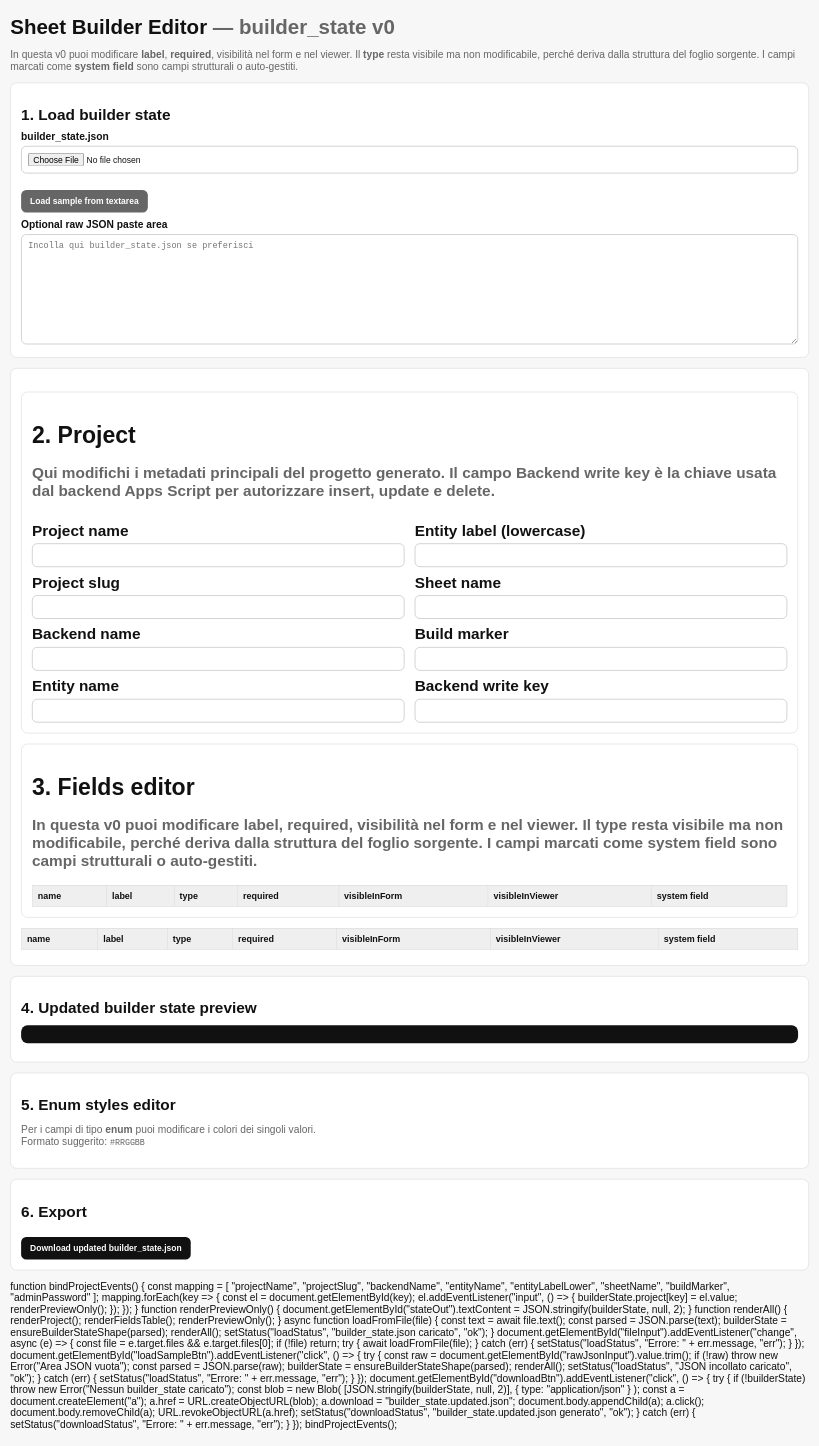
Repository: progettazionemauro/sheets.builder
Page: docs/builder.html
An editor plug-in stored every save of this project. The page is shown before and after the next save, followed by the edit.
The browser window is 1280 px wide. The pictures show the whole page, at 64% of full size.

Above is the page before, as saved 2026-04-14 05:00:13.

### docs/builder.html
<!doctype html>
<html lang="it">
<head>
  <meta charset="utf-8" />
  <meta name="viewport" content="width=device-width, initial-scale=1" />
  <title>Sheet Builder Editor</title>
  <style>
    body {
      font-family: Arial, sans-serif;
      max-width: 1280px;
      margin: 24px auto;
      padding: 0 16px;
      background: #f7f7f7;
      color: #111;
    }

    #enumStylesWrap .card {
      box-shadow: none;
    }

    h1, h2, h3 {
      margin-bottom: 8px;
    }

    .muted {
      color: #666;
    }

    .card {
      background: #fff;
      border: 1px solid #ddd;
      border-radius: 10px;
      padding: 16px;
      margin: 16px 0;
    }

    label {
      display: block;
      margin: 10px 0 6px;
      font-weight: bold;
    }

    input, textarea, select {
      width: 100%;
      box-sizing: border-box;
      padding: 10px;
      border: 1px solid #bbb;
      border-radius: 8px;
      background: #fff;
    }

    button {
      margin-top: 14px;
      padding: 10px 14px;
      border: 0;
      border-radius: 8px;
      background: #111;
      color: #fff;
      font-weight: bold;
      cursor: pointer;
    }

    button.secondary {
      background: #666;
    }

    button:disabled {
      opacity: .6;
      cursor: not-allowed;
    }

    .grid {
      display: grid;
      grid-template-columns: 1fr 1fr;
      gap: 16px;
    }

    .actions {
      display: flex;
      gap: 10px;
      flex-wrap: wrap;
      margin-top: 12px;
      align-items: center;
    }

    pre {
      background: #111;
      color: #d8ffd8;
      padding: 14px;
      border-radius: 10px;
      overflow: auto;
      white-space: pre-wrap;
    }

    table {
      width: 100%;
      border-collapse: collapse;
      margin-top: 10px;
      background: #fff;
    }

    th, td {
      border: 1px solid #ddd;
      padding: 8px;
      font-size: 14px;
      text-align: left;
      vertical-align: top;
    }

    th {
      background: #efefef;
    }

    .readonly-cell {
      background: #f3f3f3;
      color: #666;
    }

    .tiny {
      font-size: 12px;
      color: #666;
      line-height: 1.4;
    }

    .ok {
      color: #0a6;
      font-weight: bold;
    }

    .err {
      color: #b00;
      font-weight: bold;
    }
  </style>
</head>
<body>

  <h1>Sheet Builder Editor <span class="muted">— builder_state v0</span></h1>
  <p class="muted">
  In questa v0 puoi modificare <b>label</b>, <b>required</b>, visibilità nel form e nel viewer.
  Il <b>type</b> resta visibile ma non modificabile, perché deriva dalla struttura del foglio sorgente.
  I campi marcati come <b>system field</b> sono campi strutturali o auto-gestiti.
</p>

  <div class="card">
    <h2>1. Load builder state</h2>

    <label for="fileInput">builder_state.json</label>
    <input id="fileInput" type="file" accept=".json,application/json" />

    <div class="actions">
      <button id="loadSampleBtn" type="button" class="secondary">Load sample from textarea</button>
      <span id="loadStatus" class="muted"></span>
    </div>

    <label for="rawJsonInput">Optional raw JSON paste area</label>
    <textarea id="rawJsonInput" rows="10" placeholder='Incolla qui builder_state.json se preferisci'></textarea>
  </div>

    <div class="card">
    <h2>
      <div class="card">

  <h2>2. Project</h2>
  <p class="muted">
    Qui modifichi i metadati principali del progetto generato. Il campo <b>Backend write key</b>
    è la chiave usata dal backend Apps Script per autorizzare insert, update e delete.
  </p>

  <div class="grid">
    <div>
      <label for="projectName">Project name</label>
      <input id="projectName" />

      <label for="projectSlug">Project slug</label>
      <input id="projectSlug" />

      <label for="backendName">Backend name</label>
      <input id="backendName" />

      <label for="entityName">Entity name</label>
      <input id="entityName" />
    </div>

    <div>
      <label for="entityLabelLower">Entity label (lowercase)</label>
      <input id="entityLabelLower" />

      <label for="sheetName">Sheet name</label>
      <input id="sheetName" />

      <label for="buildMarker">Build marker</label>
      <input id="buildMarker" />

      <label for="adminPassword">Backend write key</label>
      <input id="adminPassword" />
    </div>
  </div>
</div>

  <div class="card">
  <h2>3. Fields editor</h2>
  <p class="muted">
    In questa v0 puoi modificare <b>label</b>, <b>required</b>, visibilità nel form e nel viewer.
    Il <b>type</b> resta visibile ma non modificabile, perché deriva dalla struttura del foglio sorgente.
    I campi marcati come <b>system field</b> sono campi strutturali o auto-gestiti.
  </p>

  <table id="fieldsTable">
    <thead>
      <tr>
        <th>name</th>
        <th>label</th>
        <th>type</th>
        <th>required</th>
        <th>visibleInForm</th>
        <th>visibleInViewer</th>
        <th>system field</th>
      </tr>
    </thead>
    <tbody></tbody>
  </table>
</div>

        <table id="fieldsTable">
      <thead>
        <tr>
          <th>name</th>
          <th>label</th>
          <th>type</th>
          <th>required</th>
          <th>visibleInForm</th>
          <th>visibleInViewer</th>
          <th>system field</th>
        </tr>
      </thead>
      <tbody></tbody>
    </table>
  </div>

  <div class="card">
    <h2>4. Updated builder state preview</h2>
    <pre id="stateOut"></pre>
  </div>

    <div class="card">
    <h2>5. Enum styles editor</h2>
    <p class="muted">
      Per i campi di tipo <b>enum</b> puoi modificare i colori dei singoli valori.
      <br>Formato suggerito: <code>#RRGGBB</code>
    </p>

    <div id="enumStylesWrap"></div>
  </div>

  <div class="card">
    <h2>6. Export</h2>
    <div class="actions">
      <button id="downloadBtn" type="button">Download updated builder_state.json</button>
      <span id="downloadStatus" class="muted"></span>
    </div>
  </div>



<script>
  let builderState = null;

  function setStatus(id, msg, cls = "muted") {
    const el = document.getElementById(id);
    el.textContent = msg;
    el.className = cls;
  }

  function normalizeBool(value) {
    return value === true;
  }

  function escapeHtml(value) {
    return String(value ?? "")
      .replace(/&/g, "&amp;")
      .replace(/</g, "&lt;")
      .replace(/>/g, "&gt;")
      .replace(/"/g, "&quot;");
  }

  function ensureBuilderStateShape(state) {
    if (!state || typeof state !== "object") {
      throw new Error("JSON non valido: root non oggetto");
    }

    if (!state.project || typeof state.project !== "object") {
      state.project = {};
    }

    if (!Array.isArray(state.fields)) {
      state.fields = [];
    }

    if (!state.constraints || typeof state.constraints !== "object") {
      state.constraints = {};
    }

    if (!state.enums || typeof state.enums !== "object") {
      state.enums = {};
    }

    if (!state.enumStyles || typeof state.enumStyles !== "object") {
      state.enumStyles = {};
    }

    if (!state.lists || typeof state.lists !== "object") {
      state.lists = {};
    }

    if (!state.options || typeof state.options !== "object") {
      state.options = {};
    }

    state.fields = state.fields.map(field => {
      const f = { ...field };
      f.name = String(f.name || "").trim();
      f.label = String(f.label || f.name || "").trim();
      f.type = String(f.type || "string").trim();
      f.required = normalizeBool(f.required);
      f.computed = normalizeBool(f.computed);
      f.visibleInForm = normalizeBool(f.visibleInForm);
      f.visibleInViewer = normalizeBool(f.visibleInViewer);
      f.locked = normalizeBool(f.locked);
      if (!Array.isArray(f.enumValues)) f.enumValues = [];
      return f;
    });

    recomputeListsFromFields(state);
    return state;
  }

  function recomputeListsFromFields(state) {
    const headers = [];
    const requiredOnInsert = [];
    const optionalOnInsert = [];
    const computed = [];
    const visibleInForm = [];
    const visibleInViewer = [];
    const enums = {};
    const enumStyles = state.enumStyles || {};

    for (const field of state.fields) {
      headers.push(field.name);

      if (field.computed) {
        computed.push(field.name);
      } else if (field.required) {
        requiredOnInsert.push(field.name);
      } else {
        optionalOnInsert.push(field.name);
      }

      if (field.visibleInForm) {
        visibleInForm.push(field.name);
      }

      if (field.visibleInViewer) {
        visibleInViewer.push(field.name);
      }

      if (field.type === "enum" && Array.isArray(field.enumValues) && field.enumValues.length) {
        enums[field.name] = field.enumValues.slice();
      }

            if (field.type === "enum") {
        if (!enumStyles[field.name]) {
          enumStyles[field.name] = {};
        }
        field.enumStyles = enumStyles[field.name];
      }
    }

    state.enums = enums;
    state.lists = {
      headers,
      requiredOnInsert,
      optionalOnInsert,
      computed,
      visibleInForm,
      visibleInViewer
    };
  }

  function renderProject() {
    const p = builderState.project || {};
    document.getElementById("projectName").value = p.projectName || "";
    document.getElementById("projectSlug").value = p.projectSlug || "";
    document.getElementById("backendName").value = p.backendName || "";
    document.getElementById("entityName").value = p.entityName || "";
    document.getElementById("entityLabelLower").value = p.entityLabelLower || "";
    document.getElementById("sheetName").value = p.sheetName || "";
    document.getElementById("buildMarker").value = p.buildMarker || "";
    document.getElementById("adminPassword").value = p.adminPassword || "";
  }

  function renderFieldsTable() {
    const tbody = document.querySelector("#fieldsTable tbody");
    tbody.innerHTML = "";

    builderState.fields.forEach((field, idx) => {
      const tr = document.createElement("tr");

      tr.innerHTML = `
        <td class="${field.locked ? "readonly-cell" : ""}">
          <input data-key="name" data-index="${idx}" value="${escapeHtml(field.name)}" ${field.locked ? "readonly" : ""} />
        </td>
        <td>
          <input data-key="label" data-index="${idx}" value="${escapeHtml(field.label || "")}" />
        </td>
        <td class="readonly-cell">
          <input data-key="type" data-index="${idx}" value="${escapeHtml(field.type)}" readonly />
        </td>
        <td>
          <select data-key="required" data-index="${idx}" ${field.computed ? "disabled" : ""}>
            <option value="false" ${field.required ? "" : "selected"}>NO</option>
            <option value="true" ${field.required ? "selected" : ""}>YES</option>
          </select>
        </td>
        <td>
          <select data-key="visibleInForm" data-index="${idx}" ${field.computed ? "disabled" : ""}>
            <option value="false" ${field.visibleInForm ? "" : "selected"}>NO</option>
            <option value="true" ${field.visibleInForm ? "selected" : ""}>YES</option>
          </select>
        </td>
        <td>
          <select data-key="visibleInViewer" data-index="${idx}">
            <option value="false" ${field.visibleInViewer ? "" : "selected"}>NO</option>
            <option value="true" ${field.visibleInViewer ? "selected" : ""}>YES</option>
          </select>
        </td>
        <td class="readonly-cell">${field.locked ? "YES" : "NO"}</td>
      `;

      tbody.appendChild(tr);
    });

    bindFieldEvents();
  }

    function ensureEnumStylesShape() {
    if (!builderState.enumStyles || typeof builderState.enumStyles !== "object") {
      builderState.enumStyles = {};
    }

    builderState.fields.forEach(field => {
      if (field.type !== "enum") return;

      if (!builderState.enumStyles[field.name] || typeof builderState.enumStyles[field.name] !== "object") {
        builderState.enumStyles[field.name] = {};
      }

      (field.enumValues || []).forEach(value => {
        if (!builderState.enumStyles[field.name][value]) {
          builderState.enumStyles[field.name][value] = { bg: "", fg: "" };
        } else {
          const styleObj = builderState.enumStyles[field.name][value];
          builderState.enumStyles[field.name][value] = {
            bg: String(styleObj.bg || ""),
            fg: String(styleObj.fg || "")
          };
        }
      });
    });
  }

  function renderEnumStylesEditor() {
    const wrap = document.getElementById("enumStylesWrap");
    wrap.innerHTML = "";

    ensureEnumStylesShape();

    const enumFields = builderState.fields.filter(field => field.type === "enum");

    if (!enumFields.length) {
      wrap.innerHTML = `<div class="muted">Nessun campo enum presente nel builder state.</div>`;
      return;
    }

    enumFields.forEach(field => {
      const box = document.createElement("div");
      box.className = "card";
      box.style.margin = "12px 0";
      box.style.padding = "12px";

      let html = `<h3 style="margin:0 0 10px;">${escapeHtml(field.label || field.name)} <span class="muted">(${escapeHtml(field.name)})</span></h3>`;
      html += `<table><thead><tr><th>value</th><th>background</th><th>foreground</th><th>preview</th></tr></thead><tbody>`;

      (field.enumValues || []).forEach((value, idx) => {
        const styleObj = builderState.enumStyles[field.name][value] || { bg: "", fg: "" };
        const previewStyle = [
          styleObj.bg ? `background:${styleObj.bg}` : "",
          styleObj.fg ? `color:${styleObj.fg}` : "",
          "font-weight:700",
          "text-align:center"
        ].filter(Boolean).join("; ");

        html += `
          <tr>
            <td class="readonly-cell">${escapeHtml(value)}</td>
            <td>
              <input
                data-enum-field="${escapeHtml(field.name)}"
                data-enum-value="${escapeHtml(value)}"
                data-enum-prop="bg"
                value="${escapeHtml(styleObj.bg || "")}"
                placeholder="#ffffff"
              />
            </td>
            <td>
              <input
                data-enum-field="${escapeHtml(field.name)}"
                data-enum-value="${escapeHtml(value)}"
                data-enum-prop="fg"
                value="${escapeHtml(styleObj.fg || "")}"
                placeholder="#000000"
              />
            </td>
            <td>
              <div style="padding:8px; border-radius:8px; border:1px solid #ddd; ${previewStyle}">
                ${escapeHtml(value)}
              </div>
            </td>
          </tr>
        `;
      });

      html += `</tbody></table>`;
      box.innerHTML = html;
      wrap.appendChild(box);
    });

    bindEnumStyleEvents();
  }

  function bindEnumStyleEvents() {
    document.querySelectorAll("[data-enum-field]").forEach(el => {
      el.addEventListener("input", () => {
        const fieldName = el.dataset.enumField;
        const valueName = el.dataset.enumValue;
        const prop = el.dataset.enumProp;

        if (!builderState.enumStyles[fieldName]) {
          builderState.enumStyles[fieldName] = {};
        }

        if (!builderState.enumStyles[fieldName][valueName]) {
          builderState.enumStyles[fieldName][valueName] = { bg: "", fg: "" };
        }

        builderState.enumStyles[fieldName][valueName][prop] = el.value.trim();

        renderPreviewOnly();
        renderEnumStylesEditor();
      });
    });
  }

  function bindFieldEvents() {
    document.querySelectorAll("[data-key]").forEach(el => {
      const key = el.dataset.key;
      const idx = Number(el.dataset.index);
      const field = builderState.fields[idx];

      if (key === "type") {
        return;
      }

      if (el.tagName === "INPUT") {
        el.addEventListener("input", () => {
          field[key] = el.value;
          recomputeListsFromFields(builderState);
          renderPreviewOnly();
        });
        return;
      }

      if (el.tagName === "SELECT") {
        el.addEventListener("change", () => {
          field[key] = el.value === "true";

          if (key === "required" && field.computed) {
            field.required = false;
          }

          if (key === "visibleInForm" && field.computed) {
            field.visibleInForm = false;
          }

          recomputeListsFromFields(builderState);
          renderPreviewOnly();
        });
      }
    });
  }

  function bindProjectEvents() {
    const mapping = [
      "projectName",
      "projectSlug",
      "backendName",
      "entityName",
      "entityLabelLower",
      "sheetName",
      "buildMarker",
      "adminPassword"
    ];

    mapping.forEach(key => {
      const el = document.getElementById(key);
      el.addEventListener("input", () => {
        if (!builderState) return;
        builderState.project[key] = el.value;
        renderPreviewOnly();
      });
    });
  }

  function renderPreviewOnly() {
    document.getElementById("stateOut").textContent =
      JSON.stringify(builderState, null, 2);
  }

    function renderAll() {
    renderProject();
    renderFieldsTable();
    renderEnumStylesEditor();
    renderPreviewOnly();
  }

  async function loadFromFile(file) {
    const text = await file.text();
    const parsed = JSON.parse(text);
    builderState = ensureBuilderStateShape(parsed);
    renderAll();
    setStatus("loadStatus", "builder_state.json caricato", "ok");
  }

  document.getElementById("fileInput").addEventListener("change", async (e) => {
    const file = e.target.files && e.target.files[0];
    if (!file) return;

    try {
      await loadFromFile(file);
    } catch (err) {
      setStatus("loadStatus", "Errore: " + err.message, "err");
      console.error(err);
    }
  });

  document.getElementById("loadSampleBtn").addEventListener("click", () => {
    try {
      const raw = document.getElementById("rawJsonInput").value.trim();
      if (!raw) throw new Error("Area JSON vuota");

      const parsed = JSON.parse(raw);
      builderState = ensureBuilderStateShape(parsed);
      renderAll();
      setStatus("loadStatus", "JSON incollato caricato", "ok");
    } catch (err) {
      setStatus("loadStatus", "Errore: " + err.message, "err");
      console.error(err);
    }
  });

  document.getElementById("downloadBtn").addEventListener("click", () => {
    try {
      if (!builderState) throw new Error("Nessun builder_state caricato");

      const blob = new Blob(
        [JSON.stringify(builderState, null, 2)],
        { type: "application/json" }
      );

      const a = document.createElement("a");
      a.href = URL.createObjectURL(blob);
      a.download = "builder_state.updated.json";
      document.body.appendChild(a);
      a.click();
      document.body.removeChild(a);
      URL.revokeObjectURL(a.href);

      setStatus("downloadStatus", "builder_state.updated.json generato", "ok");
    } catch (err) {
      setStatus("downloadStatus", "Errore: " + err.message, "err");
      console.error(err);
    }
  });

  bindProjectEvents();
</script>






  function bindProjectEvents() {
    const mapping = [
      "projectName",
      "projectSlug",
      "backendName",
      "entityName",
      "entityLabelLower",
      "sheetName",
      "buildMarker",
      "adminPassword"
    ];

    mapping.forEach(key => {
      const el = document.getElementById(key);
      el.addEventListener("input", () => {
        builderState.project[key] = el.value;
        renderPreviewOnly();
      });
    });
  }

  function renderPreviewOnly() {
    document.getElementById("stateOut").textContent =
      JSON.stringify(builderState, null, 2);
  }

  function renderAll() {
    renderProject();
    renderFieldsTable();
    renderPreviewOnly();
  }



  async function loadFromFile(file) {
    const text = await file.text();
    const parsed = JSON.parse(text);
    builderState = ensureBuilderStateShape(parsed);
    renderAll();
    setStatus("loadStatus", "builder_state.json caricato", "ok");
  }

  document.getElementById("fileInput").addEventListener("change", async (e) => {
    const file = e.target.files && e.target.files[0];
    if (!file) return;

    try {
      await loadFromFile(file);
    } catch (err) {
      setStatus("loadStatus", "Errore: " + err.message, "err");
    }
  });

  document.getElementById("loadSampleBtn").addEventListener("click", () => {
    try {
      const raw = document.getElementById("rawJsonInput").value.trim();
      if (!raw) throw new Error("Area JSON vuota");

      const parsed = JSON.parse(raw);
      builderState = ensureBuilderStateShape(parsed);
      renderAll();
      setStatus("loadStatus", "JSON incollato caricato", "ok");
    } catch (err) {
      setStatus("loadStatus", "Errore: " + err.message, "err");
    }
  });

  document.getElementById("downloadBtn").addEventListener("click", () => {
    try {
      if (!builderState) throw new Error("Nessun builder_state caricato");

      const blob = new Blob(
        [JSON.stringify(builderState, null, 2)],
        { type: "application/json" }
      );

      const a = document.createElement("a");
      a.href = URL.createObjectURL(blob);
      a.download = "builder_state.updated.json";
      document.body.appendChild(a);
      a.click();
      document.body.removeChild(a);
      URL.revokeObjectURL(a.href);

      setStatus("downloadStatus", "builder_state.updated.json generato", "ok");
    } catch (err) {
      setStatus("downloadStatus", "Errore: " + err.message, "err");
    }
  });

  bindProjectEvents();
</script>

</body>
</html>

After the next save:
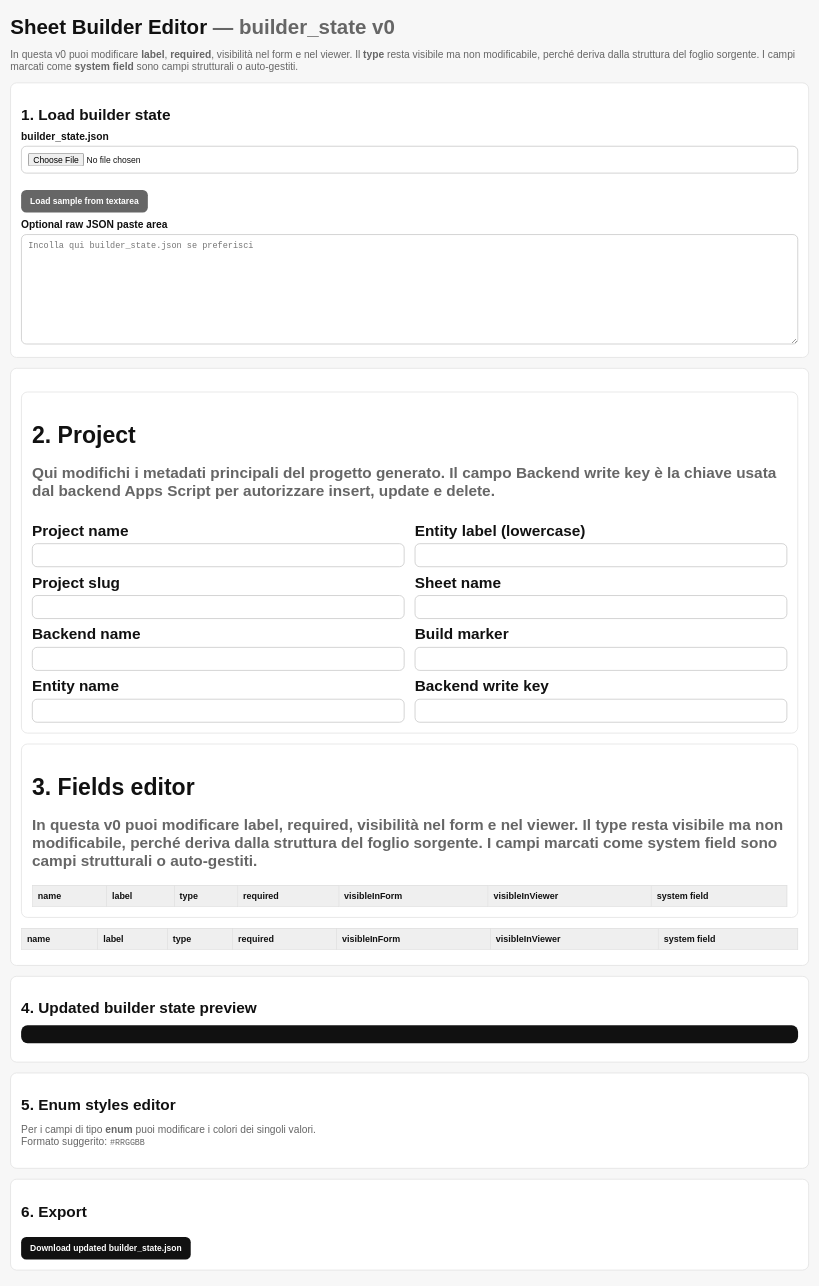
Saved 58 s later.
--- a/docs/builder.html
+++ b/docs/builder.html
@@ -693,11 +693,6 @@
   });
 
   bindProjectEvents();
-</script>
-
-
-
-
 
 
   function bindProjectEvents() {
